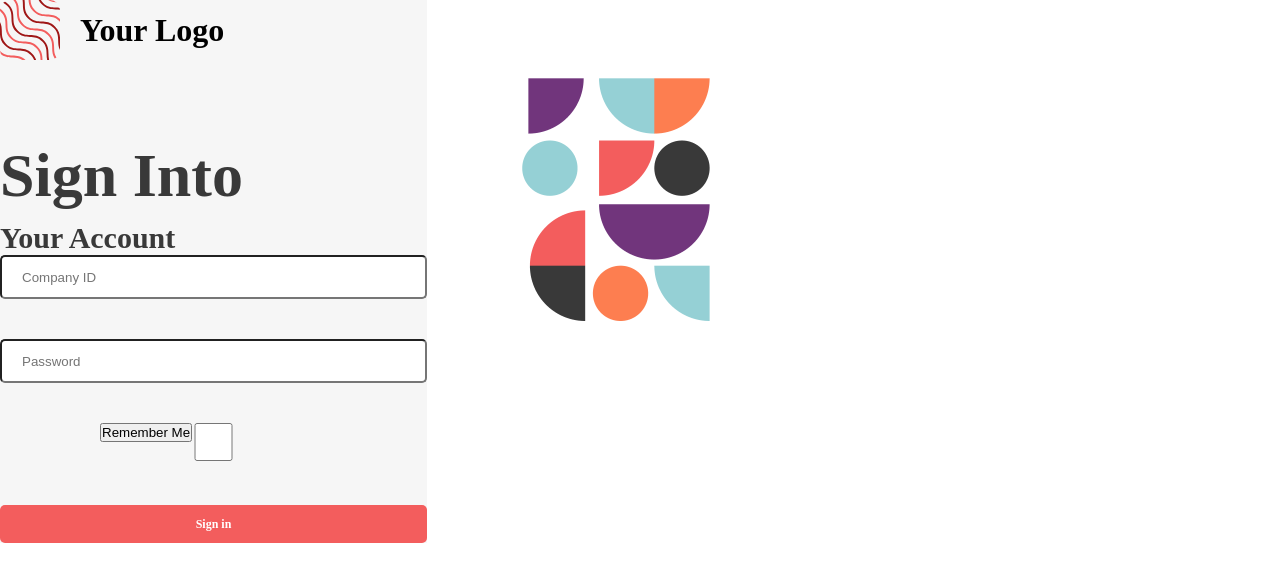
Repository: kubrazamanova/Form-lesson2
Page: index.html
These files come from the project's save history. The page is drawn as it stood at one moment and after the next save; the edit follows.
The browser window is 1280 px wide. The pictures show the whole page.

Above is the page before, as saved 2023-10-28 10:21:07.

After the next save:
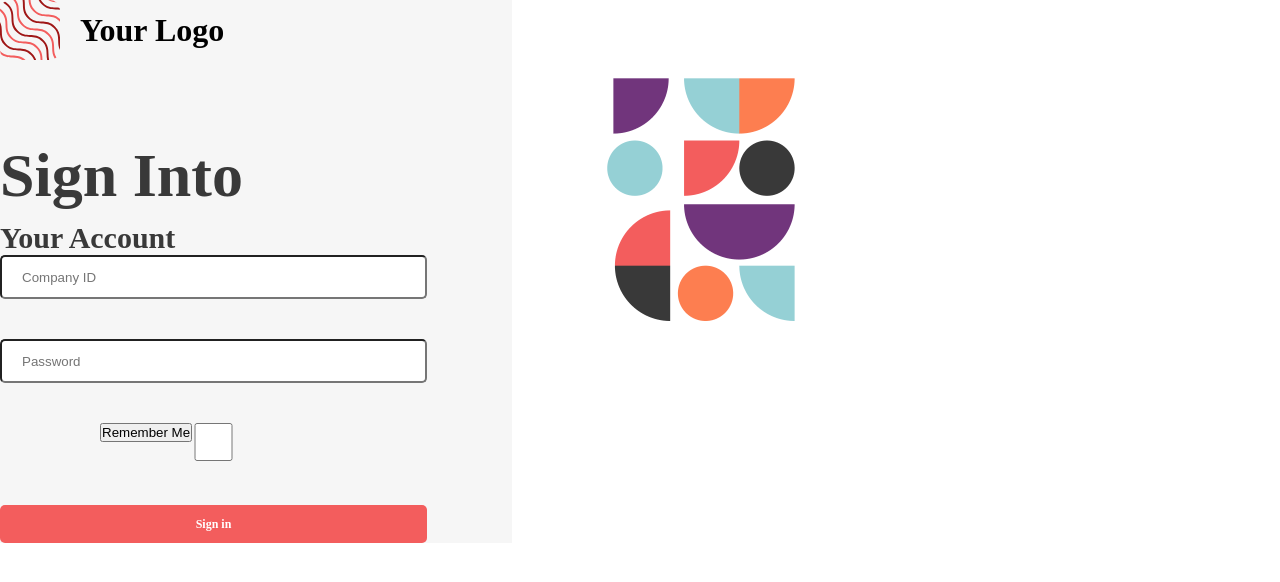
Saved 4 s later.
--- a/index.css
+++ b/index.css
@@ -11,6 +11,7 @@
 }
 .container .left-side{
   background: #f6f6f6;
+  width: 40%;
 }
 .container .left-side .logo {
   display: flex;
